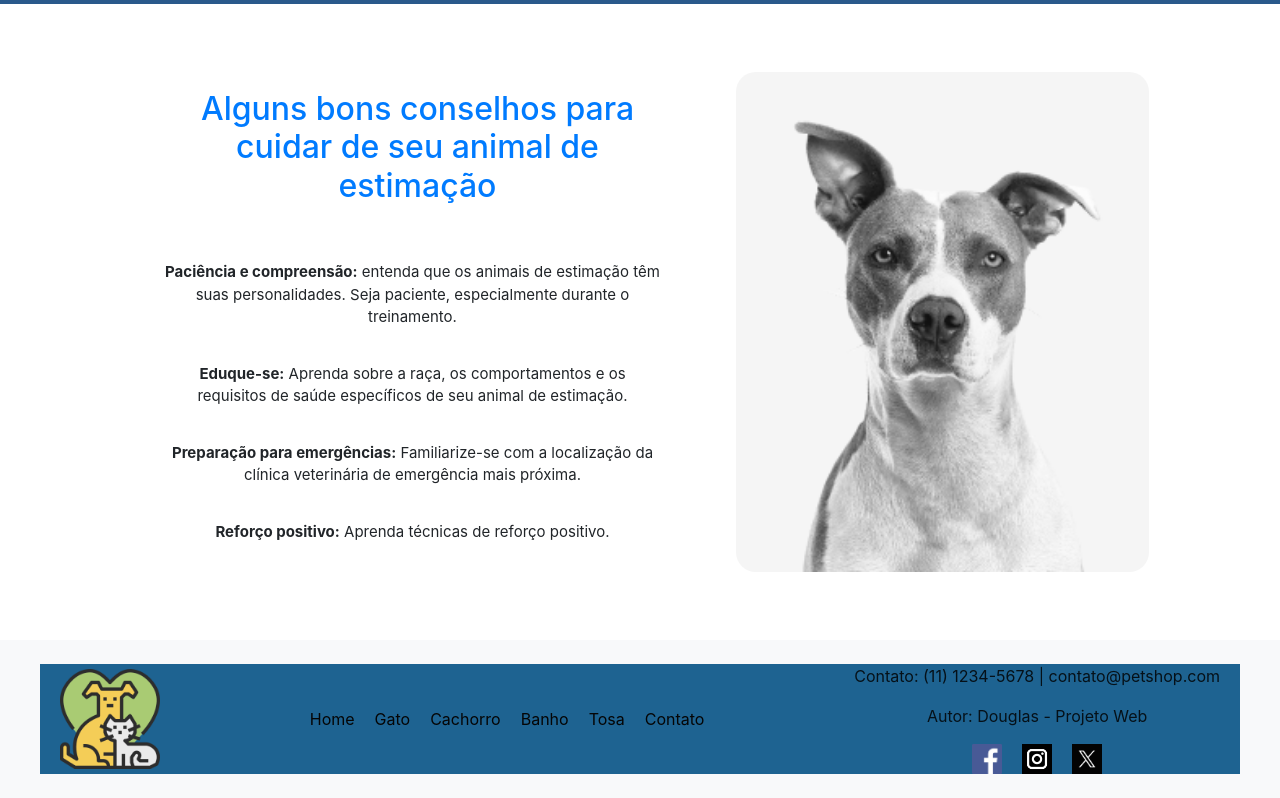
Repository: graeff01/petshop-project
Page: index.html
An editor plug-in stored every save of this project. The page is shown before and after the next save, followed by the edit.
The browser window is 1280 px wide. The pictures show the part of the page from y = 870 to 1668 px (the page is 1668 px tall).
A picture or video elsewhere on the page could not be fetched, so the positions and the page height are approximate.

Above is the page before, as saved 2024-09-18 11:39:36.

### index.html
<!DOCTYPE html>
<html lang="pt-br">
<head>
    <meta charset="UTF-8">
    <meta name="viewport" content="width=device-width, initial-scale=1.0">
    <title>PetShop - Home</title>
    <link rel="stylesheet" href="css/style.css">
    <link href="https://maxcdn.bootstrapcdn.com/bootstrap/4.5.2/css/bootstrap.min.css" rel="stylesheet">
</head>
<body>
    <!-- Cabeçalho com menu de navegação -->
    <header class="blue-background text-center p-4">
        <h1>Encontre tudo o que você precisa para seu animal de estimação</h1>
        <nav>
            <ul class="nav justify-content-center">
                <li class="nav-item">
                    <a class="nav-link active" href="index.html">Home</a>
                </li>
                <li class="nav-item">
                    <a class="nav-link" href="gato.html">Serviço para Gatos</a>
                </li>
                <li class="nav-item">
                    <a class="nav-link" href="dog.html">Serviço para Cachorros</a>
                </li>
                <li class="nav-item">
                    <a class="nav-link" href="banho.html">Banho</a>
                </li>
                <li class="nav-item">
                    <a class="nav-link" href="tosa.html">Tosa</a>
                </li>
                <li class="nav-item">
                    <a class="nav-link" href="contato.html">Contato</a>
                </li>
            </ul>
        </nav>
    </header>


<!-- Seção com título explicativo -->
<section class="carousel-section container mt-5">
    <h2 class="text-center mb-4">Clique sobre o animal e vá para a sessão dele</h2> <!-- Título centralizado -->

    <!-- Carrossel de Imagens -->
    <div id="carouselExampleIndicators" class="carousel slide" data-ride="carousel">
        <div class="carousel-inner">
            <div class="carousel-item active">
                <a href="gato.html">
                    <img class="d-block w-100" src="img/cat.png" alt="Primeira imagem">
                </a>
            </div>
            <div class="carousel-item">
                <a href="dog.html">
                    <img class="d-block w-100" src="img/dog.png" alt="Segunda imagem">
                </a>
            </div>
        </div>
        <a class="carousel-control-prev" href="#carouselExampleIndicators" role="button" data-slide="prev">
            <span class="carousel-control-prev-icon" aria-hidden="true"></span>
            <span class="sr-only">Previous</span>
        </a>
        <a class="carousel-control-next" href="#carouselExampleIndicators" role="button" data-slide="next">
            <span class="carousel-control-next-icon" aria-hidden="true"></span>
            <span class="sr-only">Next</span>
        </a>
    </div>
</section>


    <!-- Seção de Fidelidade -->
    <section class="membership text-center p-4">
        <div class="membership-content d-flex align-items-center justify-content-center">
            <div class="membership-text text-center">
                <h3>Torne-se um membro<br>E obtenha desconto</h3>
                <a href="cliente.html" class="btn btn-dark">Virar Membro</a>
            </div>
            <div class="membership-image">
                <img src="img/fidelidade.jpg" alt="Gift" class="img-fluid">
            </div>
        </div>
    </section>

    <!-- Conselhos -->
    <main class="container mt-5">
        <div class="advice-section d-flex justify-content-center align-items-center">
            <div class="advice-text text-center">
                <h2>Alguns bons conselhos para cuidar de seu animal de estimação</h2><br><br>
                <p><strong>Paciência e compreensão:</strong> entenda que os animais de estimação têm suas personalidades. Seja paciente, especialmente durante o treinamento.</p> <br>
                <p><strong>Eduque-se:</strong> Aprenda sobre a raça, os comportamentos e os requisitos de saúde específicos de seu animal de estimação.</p><br>
                <p><strong>Preparação para emergências:</strong> Familiarize-se com a localização da clínica veterinária de emergência mais próxima.</p><br>
                <p><strong>Reforço positivo:</strong> Aprenda técnicas de reforço positivo.</p>
            </div>
            <div class="advice-image text-center">
                <img src="img/dogg.png" alt="Dog Advice" class="img-fluid">
            </div>
        </div>
    </main>

    <!-- Rodapé com informações de contato -->
    <footer class="footer mt-5 p-4 bg-light text-center">
        <div class="footer-container">
            <div class="footer-left">
                <img src="img/logo.png" alt="PetShop Logo" class="footer-logo">
            </div>
            <div class="footer-center">
                <ul class="footer-links">
                    <li><a href="index.html">Home</a></li>
                    <li><a href="gato.html">Gato</a></li>
                    <li><a href="dog.html">Cachorro</a></li>
                    <li><a href="banho.html">Banho</a></li>
                    <li><a href="tosa.html">Tosa</a></li>
                    <li><a href="contato.html">Contato</a></li>
                </ul>
            </div>
            <div class="footer-right">
                <p>Contato: (11) 1234-5678 | contato@petshop.com</p>
                <p>Autor: Douglas - Projeto Web</p>
                <div class="social-icons">
                    <a href="#"><img src="img/face.png" alt="Facebook"></a>
                    <a href="#"><img src="img/insta.png" alt="Instagram"></a>
                    <a href="#"><img src="img/x.png" alt="Twitter"></a>
                </div>
            </div>
        </div>
    </footer>

    <script src="https://code.jquery.com/jquery-3.5.1.slim.min.js"></script>
    <script src="https://cdn.jsdelivr.net/npm/@popperjs/core@2.9.2/dist/umd/popper.min.js"></script>
    <script src="https://maxcdn.bootstrapcdn.com/bootstrap/4.5.2/js/bootstrap.min.js"></script>
</body>
</html>

### css/style.css
/* Estilos globais */
body {
    font-family: Arial, sans-serif;
    margin: 0;
    padding: 0;
}

/* Cabeçalho */
header.blue-background {
    background-color: #2a598b;
    color: white;
    padding: 5px 0;
    text-align: center;
    width: 100%;
    box-sizing: border-box;
}

header.blue-background h1 {
    font-size: 24px;
}

nav ul {
    width: 100%;

    list-style: none; /* Remove marcadores de lista */
    display: flex;
    background-color: #2a619cce;
    padding: 5px 0;
}

nav ul li {
    margin: 0;
    padding: 0;
}

nav ul li a {
    color: rgb(255, 255, 255);
    text-decoration: none;
    font-size: 15px;
    transition: color 0.3s ease;
}

nav ul li a:hover {
    color: #2a3085;
}

/* Barra de busca */
.search-bar {
    padding: 10px;
    font-size: 16px;
    width: 50%;
    margin: 20px auto;
    border-radius: 20px;
    border: 2px solid #ffffff;
    transition: all 0.3s ease;
}

.search-bar:focus {
    border-color: #e61212;
    outline: none;
}

/* Carrossel */
.carousel-item img {
    max-height: 300px;
    max-width: 200px;
    margin-left: 450px;
    object-fit: cover;
    margin-bottom: 40px;
}

/* Alterar a cor usando filter */
.carousel-control-prev-icon,
.carousel-control-next-icon {
    filter: invert(100%) sepia(100%) saturate(0%) hue-rotate(0deg) brightness(100%) contrast(100%);
    /* Modifique `invert` e outros valores para ajustar a cor */
}

/* Seção de Membros */
section.membership {
    background-color: #2a598b;
    padding: 60px 0;
    text-align: center;
    width: 100%;
    box-sizing: border-box;
}

.membership-content {
    background-color: #fff;
    border: 1px solid #000000ee;
    border-radius: 20px;
    padding: 20px;
    display: flex;
    align-items: center;
    text-align: left;
    max-width: 900px;
    margin: auto;
}

.membership-text {
    margin-right: 20px;
    text-align: center;
}

.membership-text h3 {
    font-size: 35px;
    margin-bottom: 10px;
}

.membership-image {
    flex: 1;
    text-align: center;
}

.membership-image img {
    max-width: 500px;
    height: auto;
    border-radius: 20px;
}

/* Seção de conselhos */
.advice-section {
    display: flex;
    justify-content: space-between;
    align-items: center;
    padding: 20px 0;
}

.advice-text {
    flex: 1;
    margin-left: 80px;
}

.advice-text h2 {
    color: #007bff;
}

.advice-text p {
    font-size: 15px;
    margin-right: 10px;
    margin-bottom: 10px;
}

.advice-image {
    flex: 1;
    margin-left: 20px;
}

.advice-image img {
    max-width: 100%;
    height: 500px;
    border-radius: 20px;
}

/* Rodapé */
.footer {
    background-color: #1e6391;
    padding: 20px 0;
    color: rgba(0, 0, 0, 0.836);
    text-align: center;
    width: 100%;
}

.footer-container {
    background-color: #1e6391;
    display: flex;
    justify-content: space-between;
    align-items: center;
    max-width: 1200px;
    margin: 0 auto;
    padding: 0 20px;
    box-sizing: border-box;
}

.footer-left img {
    width: 100px;
}

.footer-center {
    flex: 1;
}

.footer-links {
    list-style-type: none;
    padding: 0;
    margin: 0;
    display: flex;
    justify-content: center;
}

.footer-links li {
    margin: 0 10px;
}

.footer-links a {
    color: rgb(5, 5, 5);
    text-decoration: none;
    font-size: 16px;
}

.footer-links a:hover {
    text-decoration: underline;
}

.footer-right .social-icons {
    display: flex;
    justify-content: center;
}

.footer-right .social-icons a {
    margin: 0 10px;
}

.footer-right .social-icons img {
    width: 30px;
    height: 30px;
}

After the next save:
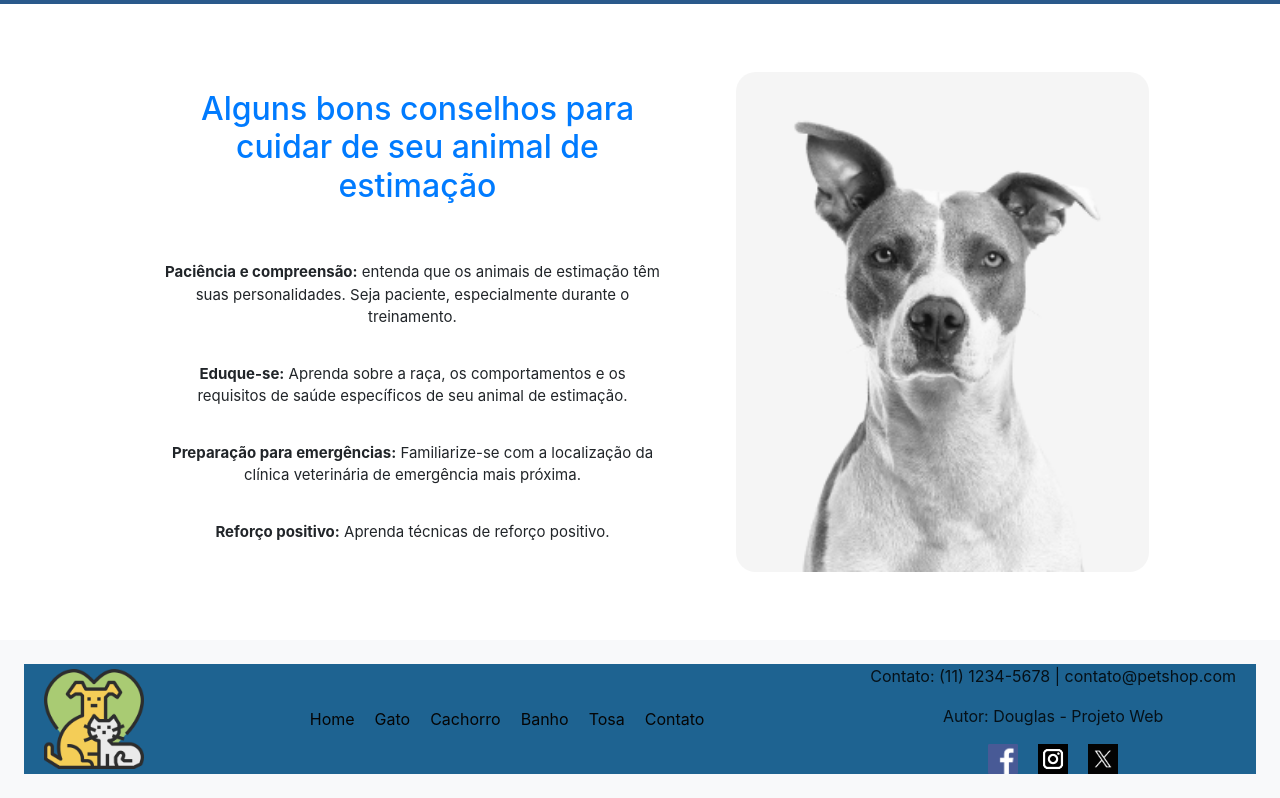
Saved 9 s later.
--- a/css/style.css
+++ b/css/style.css
@@ -166,7 +166,7 @@ section.membership {
     display: flex;
     justify-content: space-between;
     align-items: center;
-    max-width: 1200px;
+    max-width: 1500px;
     margin: 0 auto;
     padding: 0 20px;
     box-sizing: border-box;
